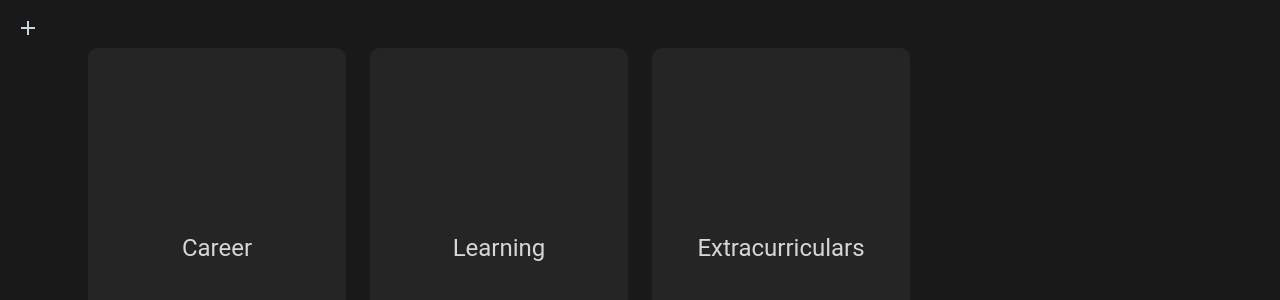
Repository: Armstrong2035/ikigai
Page: /board (app in Ikigai/ikigai/)
These files come from the project's save history. The page is drawn as it stood at one moment and after the next save; the edit follows.
The browser window is 1280 px wide. The pictures show the whole page.
The project was rebuilt for these pictures with package versions that can differ from the ones it lists, and the page was loaded fresh each time. The framework's server and built-in components were replaced by stand-ins that run in the browser. Also part of the build but not shown: Ikigai/ikigai/next.config.mjs, Ikigai/ikigai/components/board/Buckets/Bucket/BucketTitle/BucketTitle.js, Ikigai/ikigai/components/board/Buckets/Bucket/BucketColor/BucketColor.js.

Above is the page before, as saved 2024-09-02 12:37:48.

After the next save:
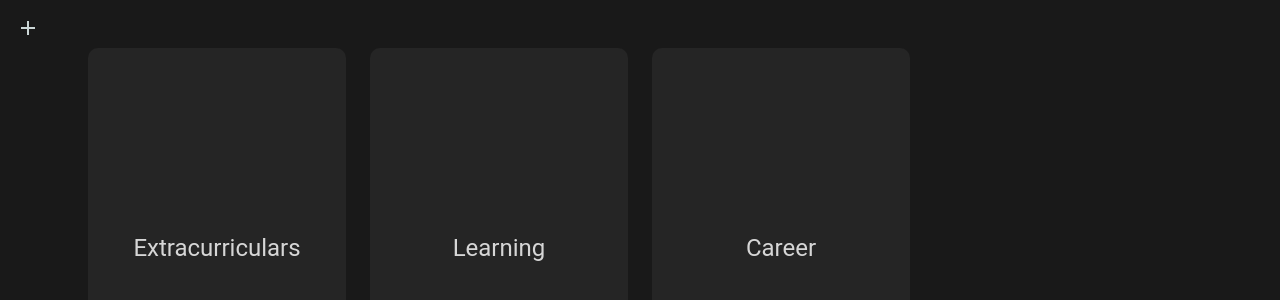
Saved 2 h 51 min later.
--- a/Ikigai/ikigai/components/board/Buckets/Buckets.js
+++ b/Ikigai/ikigai/components/board/Buckets/Buckets.js
@@ -25,11 +25,12 @@ import CheckIcon from "@mui/icons-material/Check";
 export default function Buckets() {
   const [editMode, setEditMode] = useState(false);
   const buckets = boardStore((state) => state.buckets);
+  const reverseBuckets = buckets.slice().reverse();
 
   return (
     <Container>
       <Grid container spacing={3}>
-        {buckets.map((bucket) => (
+        {reverseBuckets.map((bucket) => (
           <Grid item key={bucket.id} lg={3} md={4} sm={12} xs={12}>
             <Link
               href={`/board/bucket/${bucket.id}`}
